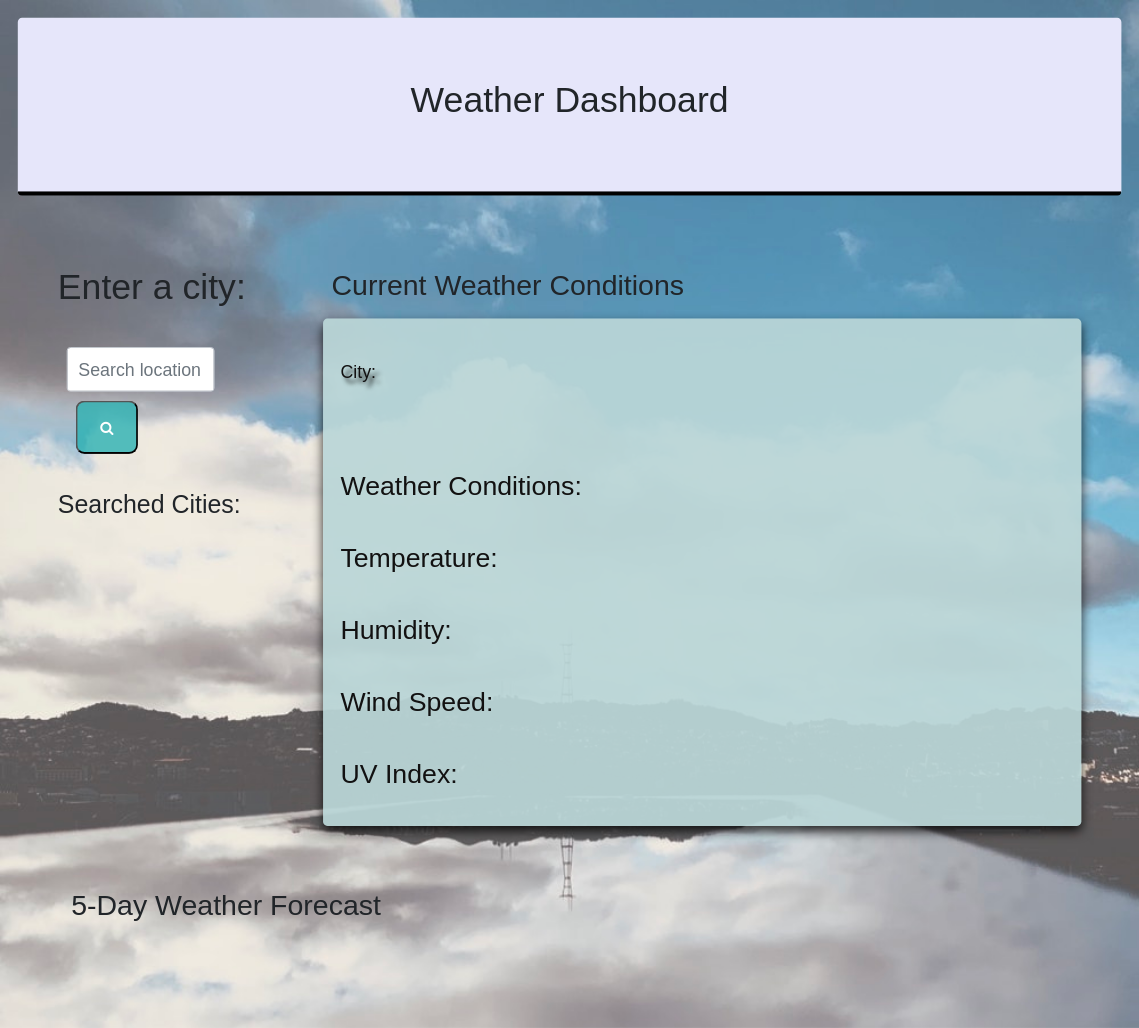
Repository: nsc9605/WeatherDashboard_API
Page: index.html
The author's editor kept a copy of each file at every save. The page is drawn from the files as they stood at one save, then again after the next save.
The browser window is 1280 px wide. The pictures show the whole page, at 89% of full size.
Backgrounds fixed to the window are drawn as part of the page. Some web fonts or font styles are not loaded; a fallback is used. Some web libraries are served in a nearby version.

Above is the page before, as saved 2021-04-07 11:29:17.

### index.html
<!DOCTYPE html>
<html lang="en">
  <head>
    <meta charset="UTF-8" />
    <meta name="viewport" content="width=device-width, initial-scale=1.0" />
    <meta http-equiv="X-UA-Compatible" content="ie=edge" />
    <link rel="stylesheet" href="https://stackpath.bootstrapcdn.com/bootstrap/4.1.3/css/bootstrap.min.css" integrity="sha384-MCw98/SFnGE8fJT3GXwEOngsV7Zt27NXFoaoApmYm81iuXoPkFOJwJ8ERdknLPMO" crossorigin="anonymous">
    <link rel="preconnect" href="https://fonts.gstatic.com" />
    <link
      href="https://fonts.googleapis.com/css2?family=Yusei+Magic&display=swap"
      rel="stylesheet"
    />
    <link rel="stylesheet" href="https://cdnjs.cloudflare.com/ajax/libs/font-awesome/4.7.0/css/font-awesome.min.css">
    <link rel="stylesheet" href="assets/style.css" />
    <title>Weather Dashboard</title>
  </head>

  <body>

    <header class="jumbotron">
      <div class="p-5 text-center">
        <h1 class="mb-3">Weather Dashboard</h1>
      </div>
    </header>

    <div class="container-fluid">
      <div class="card-search">
        <div class="col-3">
          <label>Enter a city:</label>
          <div class="search-content">
            <form class="search-form">
              <input
                class="searchBox form-control"
                id="inputValue"
                type="text"
                name="cityInput"
                placeholder="Search location city, state..."
              />
            <div class="search-content">
                <button id="searchBtn">
                  <i class="fa fa-search text-white"></i>
                </button>
            </div>
            </form>
          </div>

        <!-- Search history to save locally -->

            <h3>Searched Cities: </h3>
            <div id="searchHistoryContainer"></div>
      </div>

      <div class="row">
        <div class="col-12">
          <h2>Current Weather Conditions</h2>
          <!-- Current weather card -->
            <div id="currentWeather" class="card-current">
              <h4 id="currentDate"></h4>
              <h5>City: <span id="currentCity"></span></h5>
              <div id="currentIcon"><img src=""  class="center"/></div>
              <p>Weather Conditions: <span id="weatherDescription"></span></p>
              <p>Temperature: <span id="temp"></span></p>
              <p>Humidity: <span id="humidity"></span></p>
              <p>Wind Speed: <span id="wind"></span></p>
              <p>UV Index: <span id="currentUVI"></span></p>
            </div>
          </div>
      </div>


       <!-- 5-Day Forecast Info -->
      <div class="row">
        <div class="col-12">
          <div class="forecast-info">
          <h2>5-Day Weather Forecast</h2>
              <div id="fiveDayContainers"></div>

          </div>
        </div>
      </div>

      <script src="https://code.jquery.com/jquery-3.3.1.slim.min.js" integrity="sha384-q8i/X+965DzO0rT7abK41JStQIAqVgRVzpbzo5smXKp4YfRvH+8abtTE1Pi6jizo" crossorigin="anonymous"></script>
      <script src="https://cdnjs.cloudflare.com/ajax/libs/moment.js/2.29.1/moment.min.js"></script>
      <script src="assets/script.js"></script>

</body>
</html>

### assets/style.css
* {
    box-sizing: border-box;
    font-family: 'Yusei Magic', sans-serif;
    padding: 10px
}

.jumbotron {
    text-align: center;
    background-color: lavender;
    border-bottom: 5px solid black;
    height: 200px;
    width: 100% auto;
    padding: 10px;
}


body {

    font-family: 'Yusei Magic', sans-serif;
    align-content: center;
    background: url("../assets/images/background.jpeg") no-repeat center center fixed;
    -webkit-background-size: cover;
    -moz-background-size: cover;
    -o-background-size: cover;
    background-size: cover;
}

label {
    font-size: 40px;
}

i {
    font-size: 20px;
}

h4,
h5 {
    text-shadow: 5px 5px 5px rgba(0, 0, 0, 0.831);
}

.saved-city-button {
    background-color: rgba(43, 177, 179, 0.797);
    color: white;
    /* -webkit-text-stroke: 1px black;
    -webkit-text-fill-color: white; */
    text-shadow: 5px 5px 5px rgba(0, 0, 0, 0.831);
    margin: 3px;
    border-radius: 5px;
}

.search-content {
    padding: 10px;

}

.searchBtn {

    color: white;
    height: 40px;
    width: 20%;
    font-size: 20px;
}

 .searchHistoryContainer {
     display: none;
     justify-content: space-between;
 }

.container {
    /* display: flex;
    flex-wrap: wrap; */
    margin-left: 10px;
    padding: 10px;
    width: 100vh;
    height: 50vh;
}


.searchBox {
    font-size: 20px;
    height: 50px;
    width: 70px;
}


.row {
    font: 18px;
    height: 60%;
}

.col-3 {
    float: left;
    flex: wrap;
    width: 30%;
    padding: 10px;

}

.col-9 {
    width: 40%;
    float: right;
    flex: wrap;
    padding: 10px;
    margin: 10px;
}

.col-12 {
    padding: 10px;

}

#inputValue {
    width: 70%;
}

#searchBtn {
    background-color: rgba(43, 177, 179, 0.797);
    border-radius: 10px;
    width: 70px
}

.card-current {
    display: grid;
    grid: flex;
    flex-wrap: wrap;
    overflow: hidden;
    text-overflow: ellipsis;
    white-space: wrap;
    min-width: 40vh;
    width: 100%;
    align-items: center;
    background-color: rgba(186, 214, 215, 0.927);
    color: rgb(18, 17, 17);
    border-radius: 5px;
    box-shadow: 0 6px 12px 0 rgba(0, 0, 0, 0.831);
    font-size: 30px;
}

#fiveDayContainers {
    display: grid;
    grid-template-columns: 1fr 1fr 1fr 1fr 1fr;
    grid-gap: 30px;
    overflow: hidden;
    text-overflow: ellipsis;
    white-space: wrap;
    min-width: 40vh;
}

#fiveDayContainers >div {
    background-color: rgba(31, 187, 189, 0.927);
    color: white;
    border-radius: 5px;
    box-shadow: 0 6px 12px 0 rgba(0, 0, 0, 0.831);
}

.forecast-info {
    padding: 10px;
    margin: 10px;;
}

.row::after {
    content: "";
    clear: both;
    display: table;
  }


  /* Responsive Design  */
  @media screen and (max-width:900px) {
    #fiveDayContainers {
        display: grid;
        grid-template-columns: 50% 50%;
        grid-gap: 1em;
      }
  }

  @media screen and (max-width:576px) {
    #fiveDayContainers {
        display: grid;
        grid-template-columns: 100%;
        grid-gap: 1em;
      }
  }

  @media screen and (max-width:576px) {
    .card-current {
        display: grid;
        grid-template-columns: 100%;
        grid-gap: 1em;
      }
  }

### assets/script.js

  // Global Variables
  let apiKey = "c6c3415f70d6fade0d7d3230231ef65e";
  let lat = "";
  let lon = "";
  let currentCity = "#currentCity";
  let tempEl = "#temp";
  let humidityEl = "#humidity";
  let windEl = "#wind";
  let uvIndexEl = "#uvIndex";
  let cityNameEl = "#cityName";
  let weatherDescription = "#weatherDescription";

  // Save to localStorage
  function saveToStorage(cityInput) {
    var inputDataSaved = JSON.parse(localStorage.getItem("searchCity")) || [];
    inputDataSaved.push(cityInput);
    localStorage.setItem("searchCity", JSON.stringify(inputDataSaved));
  }

  // Save localStorage to page
  function renderSaveBtns() {
    let inputDataSaved = JSON.parse(localStorage.getItem("searchCity")) || [];


    document.querySelector("#searchHistoryContainer").innerHTML = "";
    inputDataSaved.forEach(function (citySearches) {
      let searchHistoryBtn = document.createElement("button");
      searchHistoryBtn.classList.add("saved-city-button");
      searchHistoryBtn.innerHTML = citySearches;
      // console.log(searchHistoryBtn)
      document
        .querySelector("#searchHistoryContainer")
        .prepend(searchHistoryBtn);
    });
  }
  function renderLastCity() {
    let inputDataSaved = JSON.parse(localStorage.getItem("searchCity")) || [];
    if (inputDataSaved.length > 0) {
      getWeather(inputDataSaved[inputDataSaved.length - 1]);
    };
  }
  renderSaveBtns();
  renderLastCity();

  // Submit event
  document
    .querySelector(".search-form")
    .addEventListener("submit", function (event) {
      event.preventDefault();
      let cityInput = document.querySelector("#inputValue").value;

      if (document.getElementById("inputValue").value === "") {
        alert("Please enter a city name!");
      } else if (cityInput === false) {
        alert("Please choose a different city!");
        // return;
      } else {
        getWeather(cityInput);
        saveToStorage(cityInput);
        renderSaveBtns();
      }
    });

  // Click event for each saved city button - dynamic
  var savedCityButtons = document.querySelectorAll(".saved-city-button");
  savedCityButtons.forEach(function (eachButton) {
    eachButton.addEventListener("click", function (e) {
      var city = eachButton.innerHTML;
      getWeather(city);
    });
  });

  // API call to get lat and lon coordinates
  function getWeather(cityName) {
    console.log(cityName);
    console.log(uviBadge);
    let queryURLForToday = `https://api.openweathermap.org/data/2.5/weather?q=${cityName}&units=imperial&appid=${apiKey}`;

    fetch(queryURLForToday)
      .then(function (weatherResponse) {
        return weatherResponse.json();
      })
      .then(function (data) {
        console.log(data);
        showWeatherForToday(cityName, data);
        // Call 5 day URL with lat lon from the one day response
        let queryURLForFiveDay = `https://api.openweathermap.org/data/2.5/onecall?lat=${data.coord.lat}&lon=${data.coord.lon}&units=imperial&appid=${apiKey}`;
        fetch(queryURLForFiveDay)
          .then(function (weatherResponse) {
            return weatherResponse.json();
          })
          .then(function (fiveDayData) {
            console.log(fiveDayData);
            showFiveDayWeather(fiveDayData);
          });
      });
  }

  // Show data on page
  function showWeatherForToday(cityName, data) {
    document.querySelector("#currentDate").innerHTML = moment().format(
      "MMMM Do, YYYY"
    );
    document.querySelector("#weatherDescription").innerHTML =
      data.weather[0].description;
    document.querySelector(
      "#currentIcon"
    ).innerHTML = `<img src="http://openweathermap.org/img/wn/${data.weather[0].icon}@2x.png"/>`;
    document.querySelector("#currentCity").innerHTML = cityName;
    document.querySelector("#temp").innerHTML =
      Math.round(data.main.temp) + "°F";
    document.querySelector("#humidity").innerHTML = data.main.humidity + "%";
    document.querySelector("#wind").innerHTML =
      Math.round(data.wind.speed) + "mph";

    $("#card-text").empty();
  }

  // five day
  function showFiveDayWeather(data) {
    // Grabs UVI info from 5-day forecast API
    let currentUVI = (document.querySelector(
      "#currentUVI"
    ).innerHTML = Math.round(data.current.uvi));

    // Set loop for 5-day weather
    document.querySelector("#fiveDayContainers").innerHTML = "";
    for (var i = 0; i < 5; i++) {
      let forecastDates = moment()
        .add(i + 1, "days")
        .format("ddd MM/DD/YYYY");
      // Build HTML from js for 5-day forecast
      let day = document.createElement("div");
      day.innerHTML = [
        `<h5>${forecastDates}</h5>
      <img src="https://openweathermap.org/img/wn/${
        data.daily[i].weather[0].icon
      }@2x.png">
      <p>${data.daily[i].weather[0].description}</p>
      <p>Temperature: ${Math.round(data.daily[i].temp.day)}°F</p>
      <p>Humidity: ${data.daily[i].humidity}%</p>`,
      ];
      document.querySelector("#fiveDayContainers").appendChild(day);
    }
    uviBadge(data);
    $("#card-text").empty();
  }

  // SET BADGES FOR UVI HIGH / LOW
  function uviBadge(data) {
    let currentUVI = $("#currentUVI");
    currentUVI.innerHTML = Math.round(data.current.uvi);

    if (data.current.uvi <= 2) {
      currentUVI.addClass("badge badge-success");
    } else if (data.current.uvi > 2 && data.current.uvi <= 5) {
      currentUVI.addClass("badge badge-warning");
    } else if (data.current.uvi > 5) {
      currentUVI.addClass("badge badge-danger");
    }
  }

After the next save:
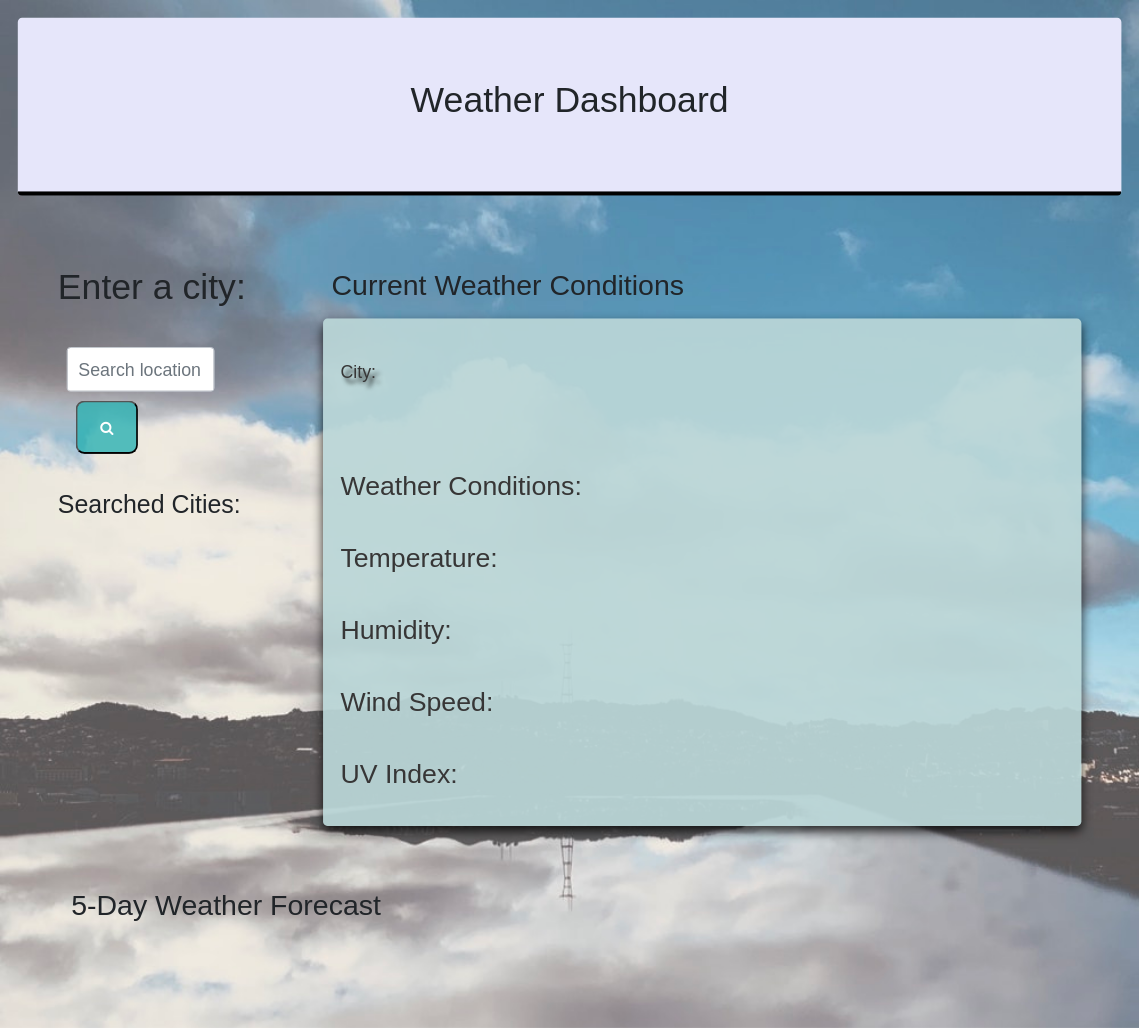
Saved 38 s later.
--- a/assets/style.css
+++ b/assets/style.css
@@ -130,7 +130,7 @@ h5 {
     width: 100%;
     align-items: center;
     background-color: rgba(186, 214, 215, 0.927);
-    color: rgb(18, 17, 17);
+    color: rgb(55, 54, 54);
     border-radius: 5px;
     box-shadow: 0 6px 12px 0 rgba(0, 0, 0, 0.831);
     font-size: 30px;
